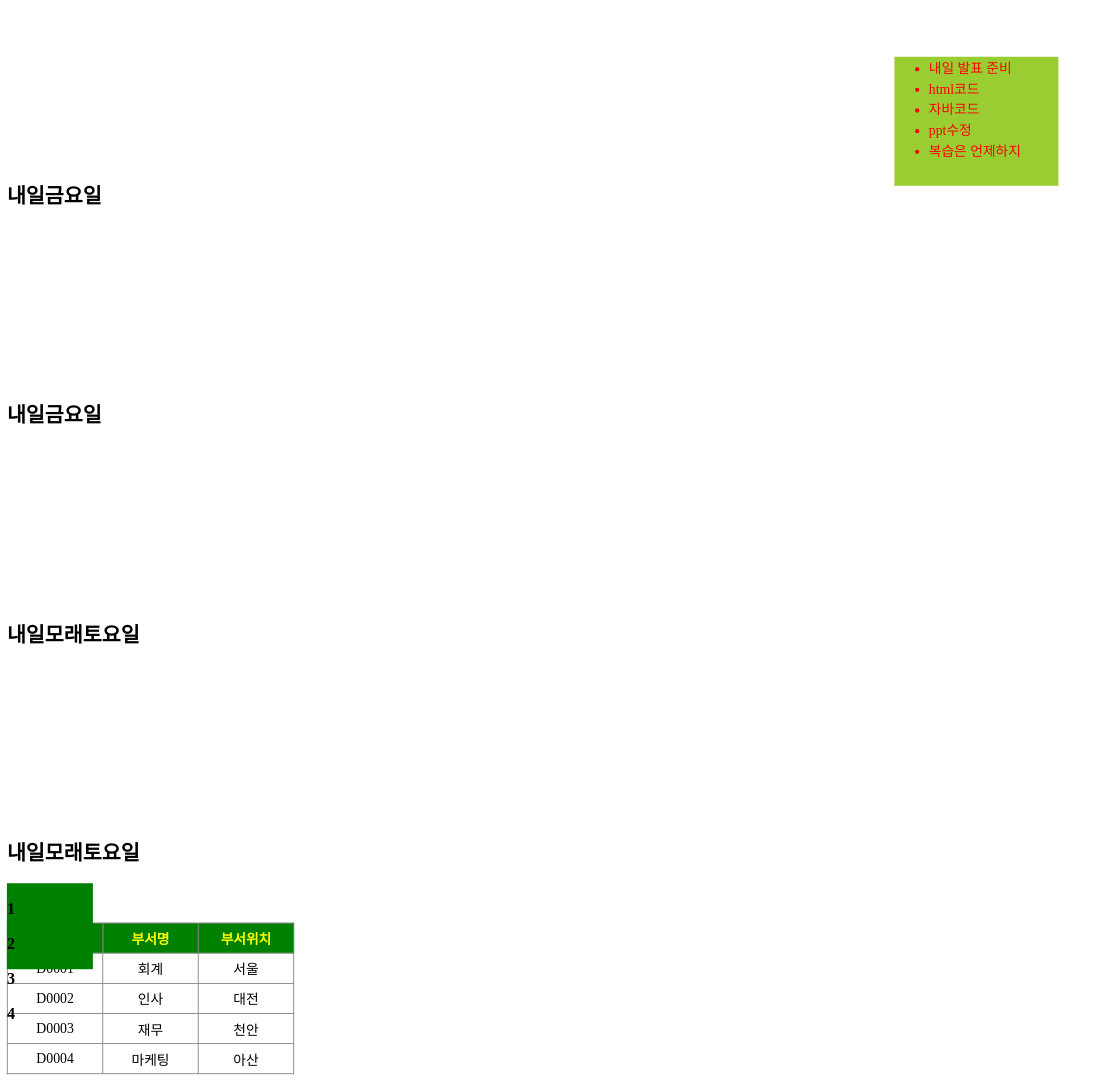
Repository: buildadoor/eclipse
Page: frontWeb/src/main/webapp/z01_homework/a09_221110.html
These files come from the project's save history. The page is drawn as it stood at one moment and after the next save; the edit follows.
The browser window is 1280 px wide. The pictures show the whole page, at 86% of full size.

Above is the page before, as saved 2022-11-10 08:49:16.

After the next save:
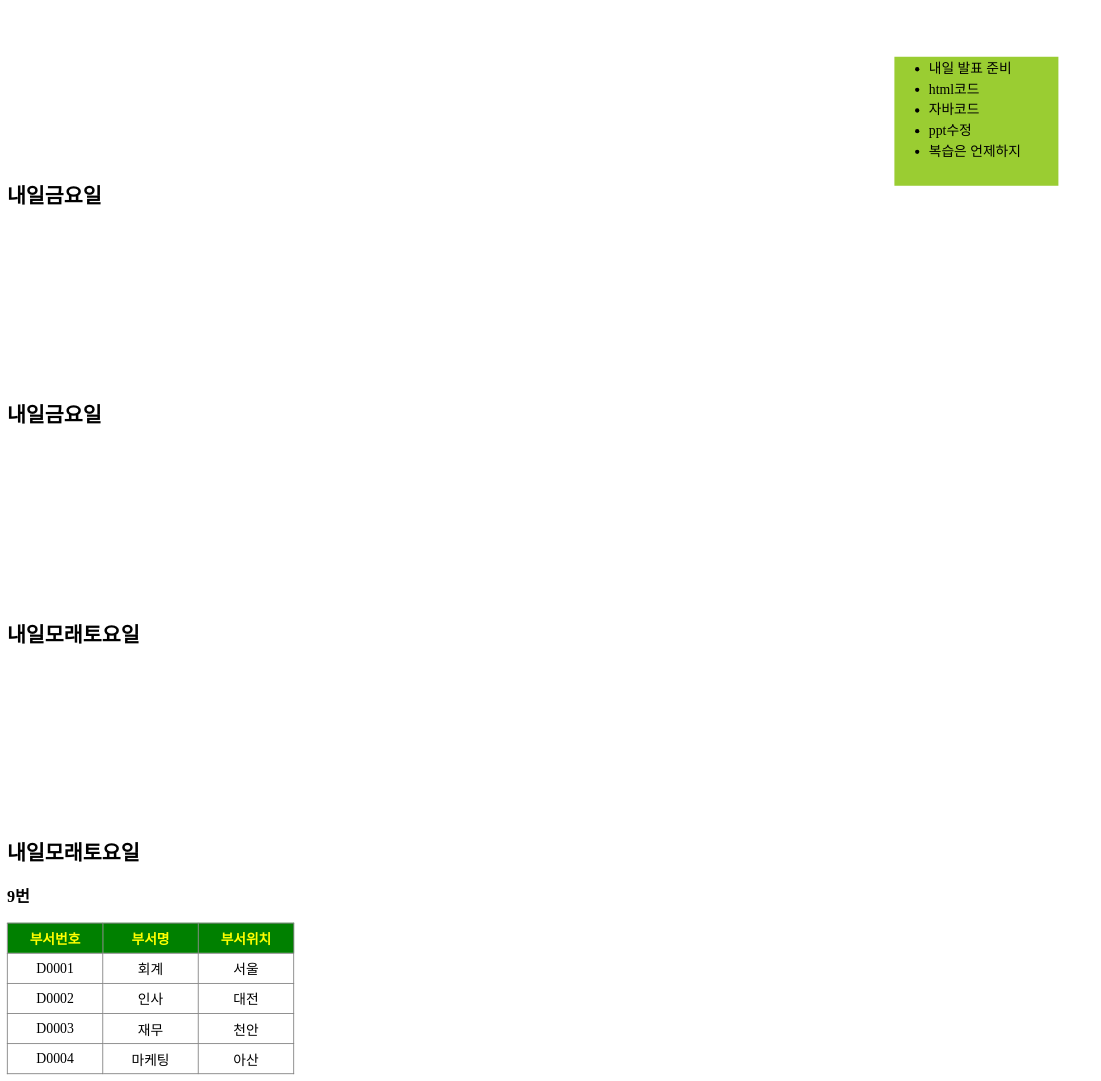
Saved 5 min 28 s later.
--- a/frontWeb/src/main/webapp/z01_homework/a09_221110.html
+++ b/frontWeb/src/main/webapp/z01_homework/a09_221110.html
@@ -26,7 +26,6 @@
 		top:50px;right:50px;
 		width:150px;height:150px;
 		background:yellowgreen;
-		color:red;
 	}
 	</style>
 	<ul class="cls1">
@@ -50,26 +49,7 @@
 [1단계:확인] 4. a00_img폴드에 카드 관련 이미지를 오른쪽으로 리스트 보이게 하되 적절하게 겹치게 보이게 하시고
                (z-index 활용) 및 클릭시, 카드가 보이지 않게 처리하세요.
                -->
-         <style>
-           div{width:100px;height:100px;position:absolute;
-		background:green;z-index:100;}
-	div#div01{
-		top:50px;left:50px;z-index:2;
-	}
-	div#div02{
-		bottom:10px;right:10px;
-		width:30px;height:30px;
-		background:red;
-		z-index: 1;
-	}
-             </style>
-             <div>
-             <h3 src="/a00_img/spade-2.jpg">1</h3>
-             <h3 src="/a00_img/spade-3.jpg">2</h3>
-             <h3 src="/a00_img/spade-7.jpg">3</h3>
-             <h3 class="div02" src="/a00_img/spade-A.jpg">4</h3>
 
-             </div>
                <!--
 [1단계:개념] 5. 컨테츠형 태그(div,p)에서 해당 내용이 크기보다 넘칠 때, 처리하는 옵션을 기본예제를 통하여 설명하세요.
 Overflow
